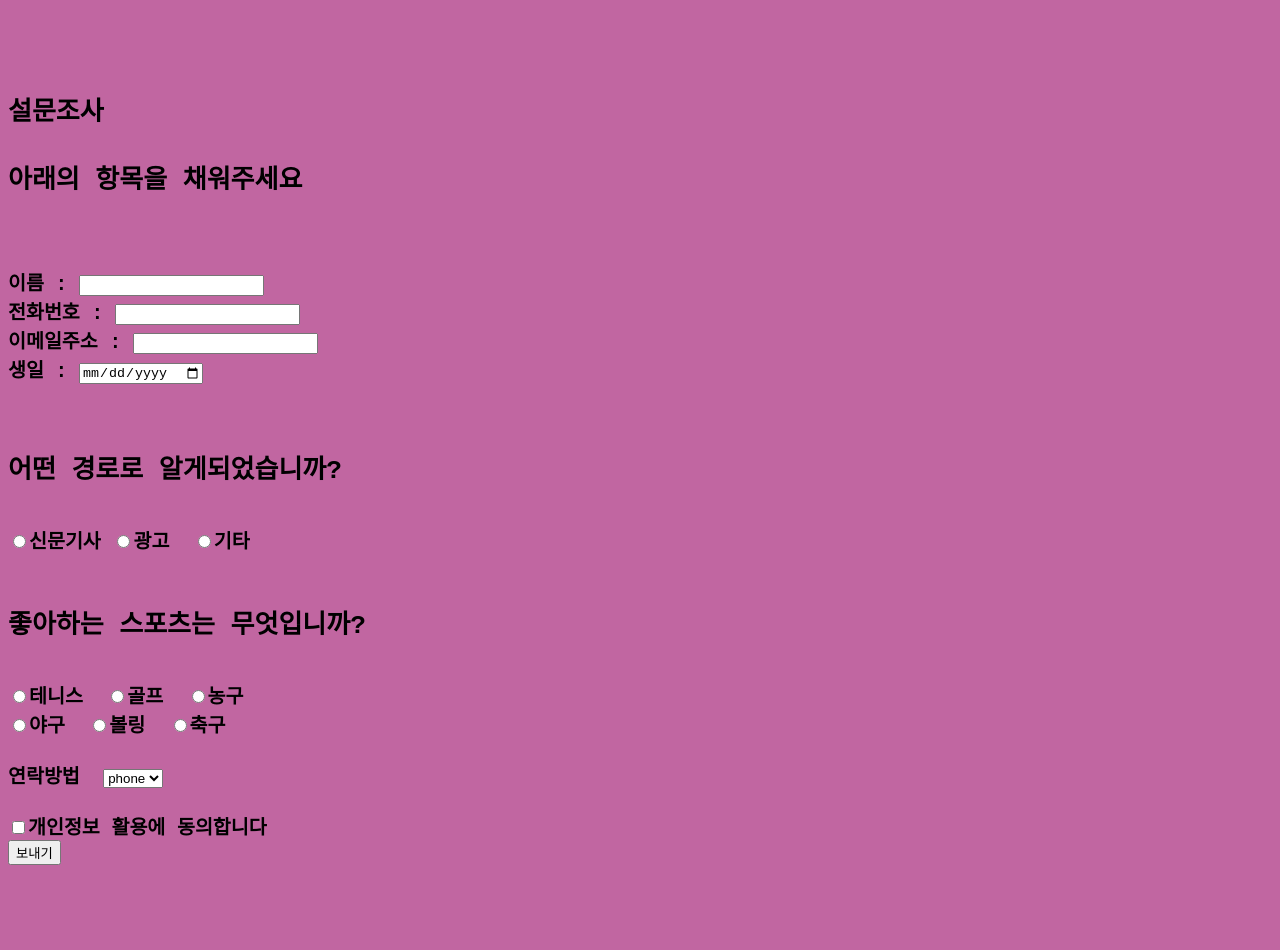
Repository: violetaplum/eclipseJSP
Page: http://localhost/JSP/jsp_DB/dao.jsp
An editor plug-in stored every save of this project. The page is shown before and after a run of saves, followed by the edit.
The browser window is 1280 px wide. The pictures show the whole page.
The page is served by Tomcat 9.

Above is the page before, as saved 2019-06-12 10:06:11.

After the next 2 saves:
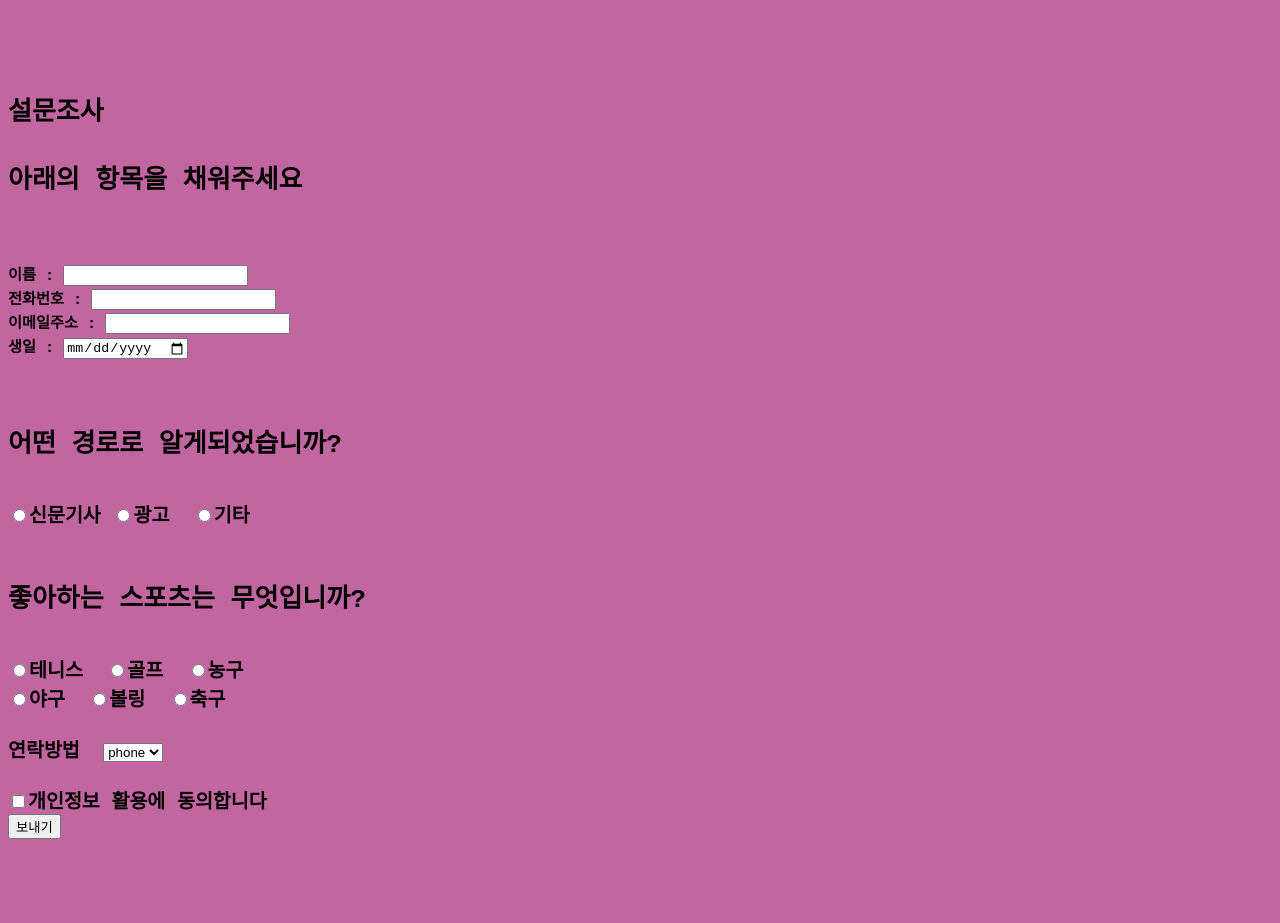
The 2 saves are shown as one change because they came seconds apart.
The last was saved 21 s later.
--- a/JSP/WebContent/jsp_DB/dao.jsp
+++ b/JSP/WebContent/jsp_DB/dao.jsp
@@ -37,12 +37,12 @@ ArrayList<TelInfoVO> tiArray = tidao.getAllInfo();
 
 아래의 항목을 채워주세요
 </h1>
-<h2>
+<h3>
 이름 : <input type="text" name="name" />
 전화번호 : <input type="text" name="tel" />
 이메일주소 : <input type="text" name="email" />
 생일 : <input type="date" name="birth" />
-</h2>
+</h3>
 
 <h1>어떤 경로로 알게되었습니까?</h1><h2>
 <input type="radio" name="radio1" value="신문기사"/>신문기사 <input type="radio" name="radio1" value="광고"/>광고  <input type="radio" name="radio1" value="기타" />기타
